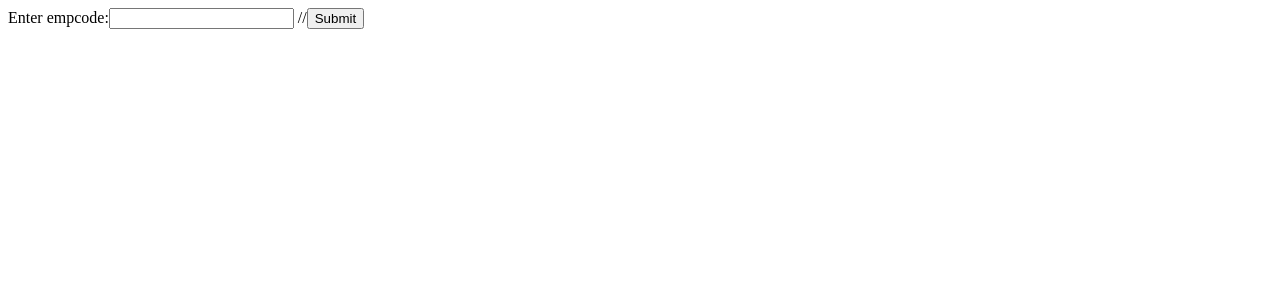
Repository: shiva94/MyProjects
Page: http://localhost/ServDemo1/AddEmployee.jsp
The author's editor kept a copy of each file at every save. The page is drawn from the files as they stood at one save, then again after the next save.
The browser window is 1280 px wide. The pictures show the whole page.
The page is served by Tomcat 9. Other server files are loaded and not shown.

Above is the page before, as saved 2015-08-17 08:44:23.

### ServDemo1/WebContent/AddEmployee.jsp
<%@ page language="java" contentType="text/html; charset=ISO-8859-1"
    pageEncoding="ISO-8859-1"%>
<!DOCTYPE html PUBLIC "-//W3C//DTD HTML 4.01 Transitional//EN" "http://www.w3.org/TR/html4/loose.dtd">
<html>
<head>
<meta http-equiv="Content-Type" content="text/html; charset=ISO-8859-1">
<title>Insert title here</title>
<script type="text/javascript">
function verify(str) {
var xmlhttp;
if(str.length==0)
	{
	document.getElementById("txtHint").innerHTML="";
	return;
	}
if(window.XMLHTTPRequest)//Non-IE
	{
	xmlhttp=new XMLHttpRequest();
	}
else
	{
	xmlhttp=new ActiveXObject("Microsoft.XMLHTTP");//IE
	}
xmlhttp.onreadystatechange=function()
	{
	if(xmlhttp.readyState==4 && xmlhttp.status==200)
		{
		document.getElementById("txtHint").innerHTML=xmlhttp.responseText;
		}
	}
xmlhttp.open("GET","getCust.jsp?nm="+str,true);
xmlhttp.send();
}
</script>
</head>
<body>
<form action="">
Enter empcode:<input type="text" name="empcode" onmouseout="verify(this.value)">
//<input type="submit">
</form>
</body>
</html>

After the next save:
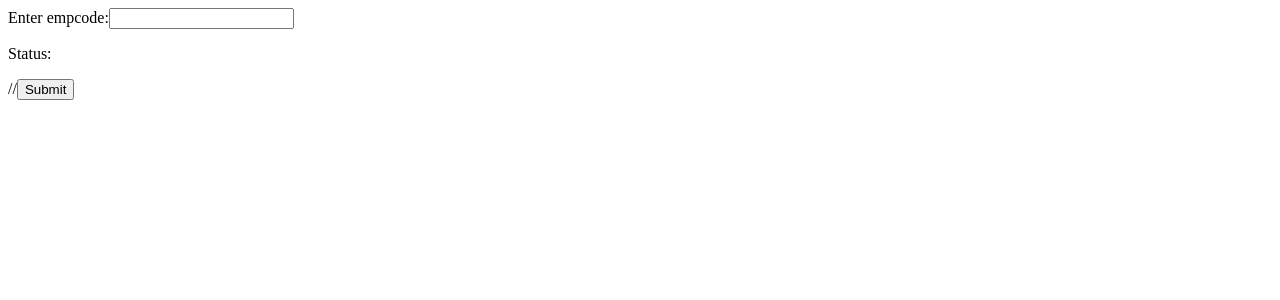
Saved 30 min 20 s later.
--- a/ServDemo1/WebContent/AddEmployee.jsp
+++ b/ServDemo1/WebContent/AddEmployee.jsp
@@ -28,14 +28,14 @@ xmlhttp.onreadystatechange=function()
 		document.getElementById("txtHint").innerHTML=xmlhttp.responseText;
 		}
 	}
-xmlhttp.open("GET","getCust.jsp?nm="+str,true);
+xmlhttp.open("GET","validate1.jsp?nm="+str,true);
 xmlhttp.send();
 }
 </script>
 </head>
 <body>
 <form action="">
-Enter empcode:<input type="text" name="empcode" onmouseout="verify(this.value)">
+Enter empcode:<input type="text" name="empcode" onblur="verify(this.value)"><p>Status: <span id="t"></span> </p>
 //<input type="submit">
 </form>
 </body>
